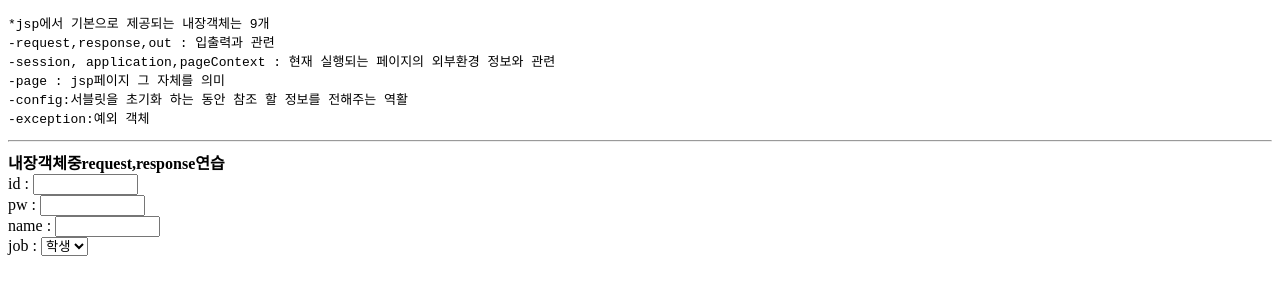
Repository: binkalos/JSP-STUDY
Page: http://localhost/IT-show/memberForm.jsp
An editor plug-in stored every save of this project. The page is shown before and after the next save, followed by the edit.
The browser window is 1280 px wide. The pictures show the whole page.
The page is served by Tomcat 9.

Above is the page before, as saved 2019-06-20 03:08:54.

After the next save:
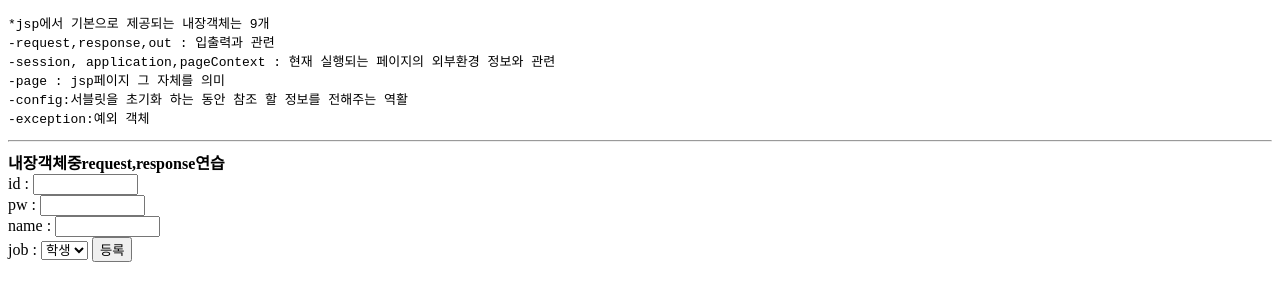
Saved 22 s later.
--- a/IT-show/WebContent/memberForm.jsp
+++ b/IT-show/WebContent/memberForm.jsp
@@ -27,6 +27,7 @@
 			<option value="교사">교사</option>
 			<option value="기타">기타</option>
 		  </select>
+		 <input type="submit" value="등록">
 </form>
 </body>
 </html>
